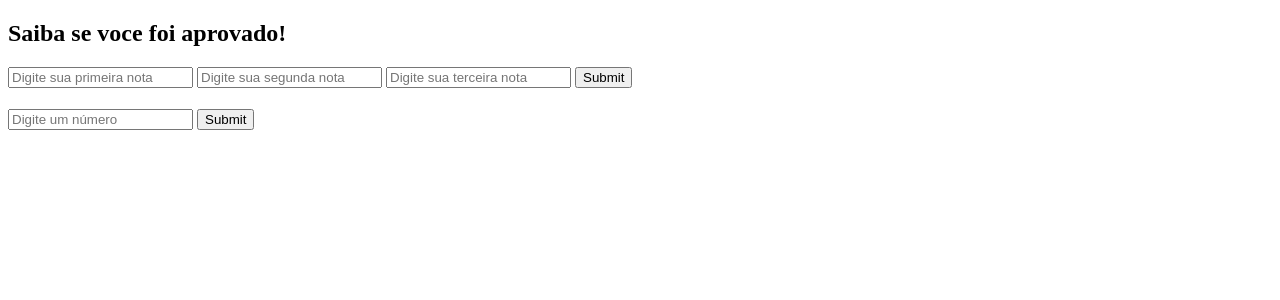
Repository: gimoli/logica1
Page: index.html
These files come from the project's save history. The page is drawn as it stood at one moment and after a run of saves; the edit follows.
The browser window is 1280 px wide. The pictures show the whole page.

Above is the page before, as saved 2025-05-05 09:47:06.

### index.html
<!DOCTYPE html>
<html lang="en">
<head>
    <meta charset="UTF-8">
    <meta name="viewport" content="width=device-width, initial-scale=1.0">
    <title>Document</title>
</head>
<body>
    <div>
        <h2>Saiba se voce foi aprovado!</h2>
        <input type="Number" id="nota1" placeholder="Digite sua primeira nota"/>
        <input type="Number" id="nota2" placeholder="Digite sua segunda nota"/>
        <input type="Number" id="nota3" placeholder="Digite sua terceira nota"/>
        <input type="submit" onclick="classificacao()" />
        <h4 id="resultadoFinal"></h4>
    </div>

    <div>
        <input type="number" id="numberInput" placeholder="Digite um número" />
        <input type="submit" onclick="numerosPares()">
        <h4 id="numeros-pares"></h4>
    </div>


    <script src="app.js"></script>
</body>
</html>

### app.js
//function mediaDaNota(nota0, nota1, nota2, nota3){

//const = tipo de variavel, é imutável
//mediaFinal = nome da variável em camelcase
//o que ela faz?
//soma das variáveis e dividide pela quantidade de variáveis

//const mediaFinal = (nota0 + nota1 + nota2 + nota3) / 4

//if = condição
//(mediaFinal >=7) = a condição ta verificando se a variavel 'mediaFinal' é maior ou igual a 7

//else= se nâo atender a nenhuma condição anterior ela entra no else
//return= informe a resposta final

//if (mediaFinal >=7) {
//        return "Aprovado"
//    } else {
//        return "Reprovado"
//    }

//return mediaFinal >=7 ? "Aprovado" : "Reprovado";

//}

//const nota0 = Number(prompt("Digite uma nota"));
//const nota1 = Number(prompt("Digite a segunda"));
//const nota2 = Number(prompt("Digite a terceira nota"));
//const nota3 = Number(prompt("Digite a quarta nota"));

//document.write(mediaDaNota(nota0, nota1, nota2, nota3));



function classificacao() {
    const nota1 = Number(document.getElementById("nota1").value);
    const nota2 = Number(document.getElementById("nota2").value);
    const nota3 = Number(document.getElementById("nota3").value);
    const resultadoFinal = document.getElementById("resultadoFinal")

    const media = (nota1 + nota2 + nota3)/3;
    if (nota1 > 10 || nota2 > 10 || nota3 > 10 || nota1 < 0 || nota2 < 0 || nota3 < 0
        || isNaN(nota1) || isNaN(nota2) || isNaN(nota3)) {
        alert("Digite uma nota válida!");
    } else {
        aprovacao = media > 7 ? "Aprovado!" : "Reprovado.";
        resultadoFinal.innerHTML = `A sua media foi de ${media.toFixed(2)}. ${aprovacao}`;
    }
}


function numerosPares() {
    const numeroInput = Number(document.getElementById("numberInput").value); // Corrigido aqui
    let i = 2;
    let resultado = [];
    const numerosPares = document.getElementById("numeros-pares");

    while (i <= numeroInput) {
        if (i % 2 === 0) {
            resultado.push(i); // Usar push em vez de +=
        }
        i++;
    }

    numerosPares.innerHTML = `Os números pares são: ${resultado.join(", ")}`;
}


function tabuada() {
    const tabuadaInput = Number(document.getElementById("tabuada-input").value);
    let resultado = [];

    let i = 1;
    while (i <= 10) {
        resultado += tabuadaInput * i;
        i++;
    }

    for (let i = 1; i<= 10; i++) {
        resultado += tabuadaInput * i;
    }
}

let numero = '10';
let numero1 = 10;

if (numero === numero1) {
    console.log(true);
} else {
    console.log(false);
}




// function tabuada() {
//     const tabuadaInput = Number(document.getElementById("tabuada-input").value);
//     let i = 1;
//     let resultado = [];

//     while(i <= 10) {
//         resultado += tabuadaInput * i;
//         i++;
//     }

//     for(let i = 1; i <= 10; i++) {
//         resultado += tabuadaInput * i;
//     }
// }

After the next 2 saves:
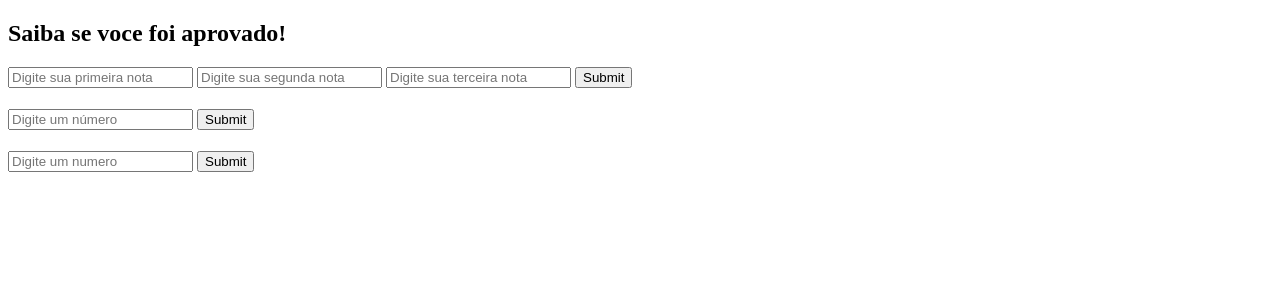
The 2 saves are shown as one change because they came seconds apart.
The last was saved 18 s later.
--- a/index.html
+++ b/index.html
@@ -21,6 +21,11 @@
         <h4 id="numeros-pares"></h4>
     </div>
 
+    <div>
+        <input type="number" id="tabuada-input" placeholder="Digite um numero" />
+        <input type="submit" onclick="tabuada()">
+        <h4 id="resultado-tabuada"></h4>
+    </div>
 
     <script src="app.js"></script>
 </body>
